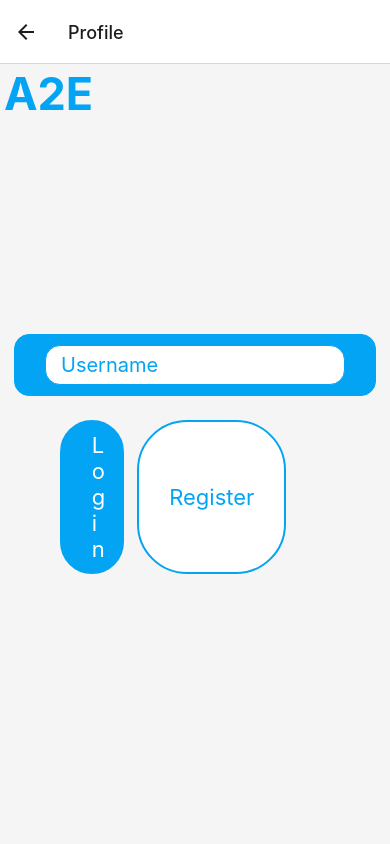
Repository: amartinM1/A2E-UI
Page: /Profile
An editor plug-in stored every save of this project. The page is shown before and after the next save, followed by the edit.
The browser window is 390 px wide. The pictures show the whole page.
The app was drawn by React Native's web renderer in a window 390 px wide. The project was rebuilt for these pictures with package versions that can differ from the ones it lists, and the page was loaded fresh each time. Some packages were replaced by stand-ins written for this rebuild. Also part of the build but not shown: pages/home.js, pages/dynamicfont.js, pages/settings.js, pages/transcripts.js.

Above is the page before, as saved 2023-03-23 01:15:37.

After the next save:
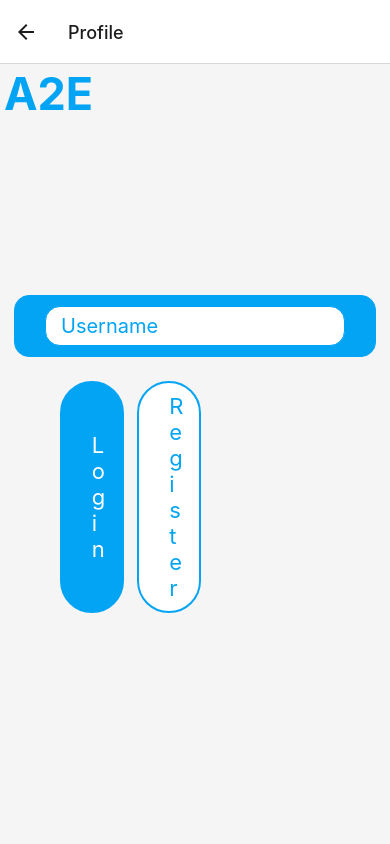
Saved 29 s later.
--- a/pages/profile.js
+++ b/pages/profile.js
@@ -221,7 +221,7 @@ const styles = StyleSheet.create({
         borderColor: '#04a4f4',
         //padding: 10,
         borderRadius: 50,
-        width: '15%',
+        width: '18%',
         //marginLeft: 20,
     },
     regBtn: {
@@ -238,6 +238,7 @@ const styles = StyleSheet.create({
          //padding: 10,
          borderRadius: 50,
          //marginLeft: 20,
+         width: '18%',
      },
     break: {
         height: '3%',
